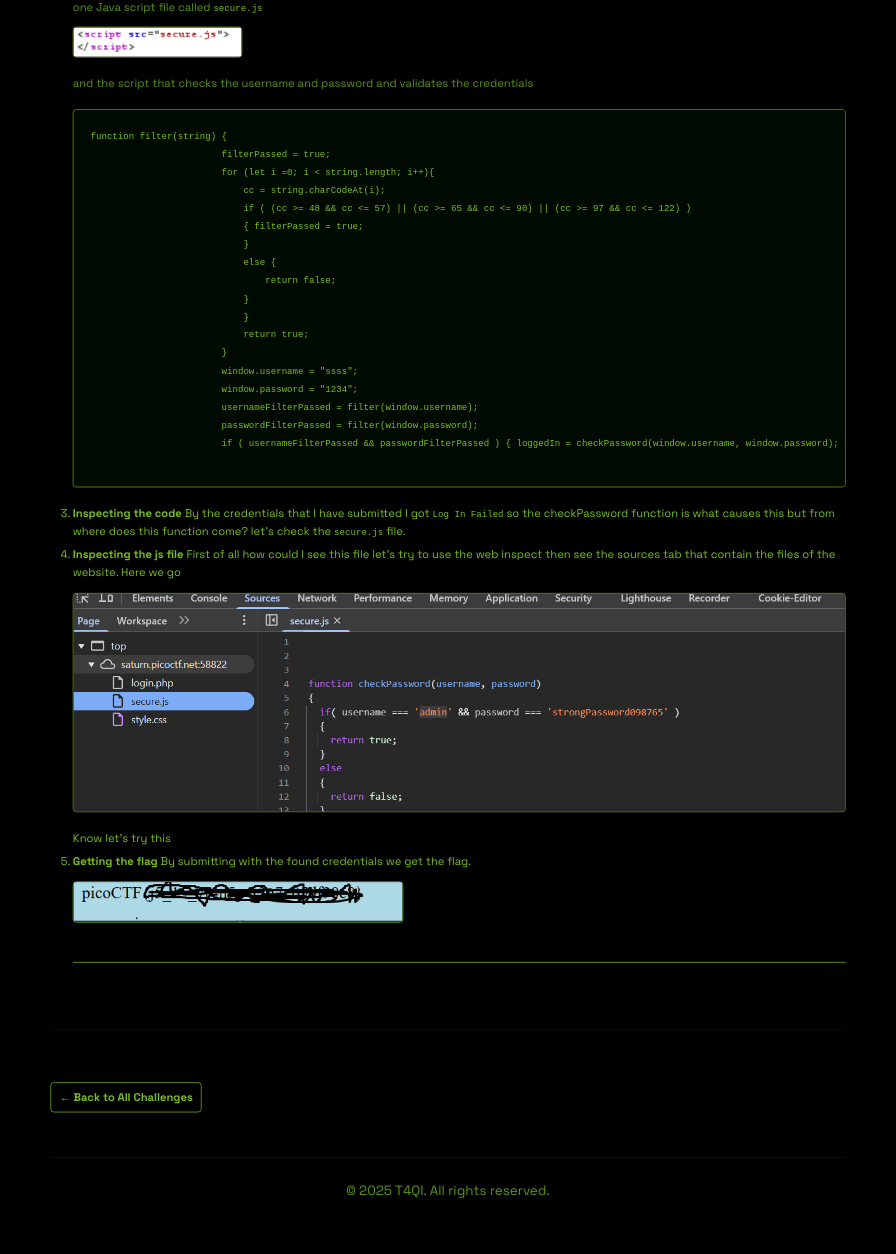
Repository: mohamedsoliman-tq/Website
Page: blogs/picoCTF/localauth.html
These files come from the project's save history. The page is drawn as it stood at one moment and after a run of saves; the edit follows.
The browser window is 1280 px wide. The pictures show the part of the page from y = 1883 to 3803 px (the page is 3675 px tall before and 3803 px after), at 70% of full size.

Above is the page before, as saved 2025-03-13 01:55:29.

### blogs/picoCTF/localauth.html
<!DOCTYPE html>
<html>

<head>
    <meta charset="UTF-8">
    <meta name="viewport" content="width=device-width, initial-scale=1.0">
    <title>Bookmarklet</title>
    <link rel="stylesheet" href="/css/blog.css">
</head>

<body>
    <nav>
        <ul>
            <li><a href="/">Home</a></li>
            <li><a href="/Projects.html">Projects</a></li>
            <li><a href="/Blogs.html">Blog</a></li>
        </ul>
    </nav>
    <div class="container">
        <div class="section" id="local-authority---write-up">
            <h1>Local Authority - Write-Up</h1>

            <p><strong>Date:</strong> 12/03/2025 </p>
            <p><strong>Challenge Category:</strong> #Web-Security</p>
            <p>Platform: #picoCTF </p>
            <p><strong>Difficulty:</strong> #Easy</p>
            <p><strong>Status:</strong> #Solved </p>

            <hr>
        </div>
        <div class="section" id="problem-description">
            <h2>Problem Description</h2>

            <p>*Can you get the flag?</p>
            <p>Go to this <a href="http://saturn.picoctf.net:58822/" class="read-more">website</a> and see what you can
                discover.*</p>

            <p>- <strong>Target:</strong> http://saturn.picoctf.net:58822/</p>
            <p>- <strong>Goal:</strong> extract a flag</p>
            <p>- <strong>Initial Observations:</strong> A simple login page let's see what does it hide</p>

            <hr>

        </div>
        <div class="section" id="tools-used">
            <h2>Tools Used</h2>

            <p>- Burp Suite</p>
            <p>- Web Inspect</p>

            <hr>

        </div>
        <div class="section" id="solution-steps">
            <h2>Solution Steps</h2>


            <ol>
                <li><strong>Let's random data then see what we get</strong> I tried <code>ssss, 1234</code> and got
                    <code>Log In Failed</code><br><img src="pics/la1.png" alt="la1.png">
                </li>
                <li><strong>Let's see the request in Burp Suite and learn how the credentials is dealt with</strong>
                    Intercept the request then pass it to the repeater. You can see one Java script file called
                    <code>secure.js</code><br> <img src="pics/la2.png" alt="la2.png"> <br>and the script that checks the
                    username and password and validates the credentials
                    <pre><code>function filter(string) {
                        filterPassed = true;
                        for (let i =0; i < string.length; i++){
                            cc = string.charCodeAt(i);
                            if ( (cc >= 48 && cc <= 57) || (cc >= 65 && cc <= 90) || (cc >= 97 && cc <= 122) )
                            { filterPassed = true;
                            }
                            else {
                                return false;
                            }
                            }
                            return true;
                        }
                        window.username = "ssss";
                        window.password = "1234";
                        usernameFilterPassed = filter(window.username);
                        passwordFilterPassed = filter(window.password);
                        if ( usernameFilterPassed && passwordFilterPassed ) { loggedIn = checkPassword(window.username, window.password); if(loggedIn) { document.getElementById('msg').innerHTML = "Log In Successful"; document.getElementById('adminFormHash').value = "2196812e91c29df34f5e217cfd639881"; document.getElementById('hiddenAdminForm').submit(); } else { document.getElementById('msg').innerHTML = "Log In Failed"; } } else { document.getElementById('msg').innerHTML = "Illegal character in username or password." }
                </li>
                <li><strong>Inspecting the code</strong> By the credentials that I have submitted I got
                    <code>Log In Failed</code> so the checkPassword function is what causes this but from where
                    does this function come? let's check the <code>secure.js</code> file.
                </li>
                <li><strong>Inspecting the js file</strong> First of all how could I see this file let's try to
                    use the web inspect then see the sources tab that contain the files of the website. Here we
                    go
                    <img src="pics/la3.png" alt="Pasted image 20250312230932.png">
                    Know let's try this
                </li>
                <li><strong>Getting the flag</strong> By submitting with the found credentials we get the flag.
                    <br><img src="pics/la4.png" alt="Pasted image 20250312231319.png">
                    <hr>
                </li>
</ol></code></pre>
        </div>
        <div class="section">
            <a href="/blogs/picoCTF/picoCTF.html" class="read-more">← Back to All Challenges</a>
        </div>
        <footer>
            <p>&copy; 2025 T4QI. All rights reserved.</p>
        </footer>
    </div>
</body>

</html>

### css/blog.css
@import url('https://fonts.googleapis.com/css2?family=Space+Grotesk:wght@300;400;700&display=swap');

    :root {
        --primary-black: #000000;
        --green-accent: #78BE20;
        --dark-green: #5a9419;
    }

    * {
        margin: 0;
        padding: 0;
        box-sizing: border-box;
        font-family: 'Space Grotesk', sans-serif;
    }

    body {
        background-color: var(--primary-black);
        color: var(--green-accent);
        line-height: 1.6;
    }

    .container {
        max-width: 1200px;
        margin: 0 auto;
        padding: 2rem;
    }

    .section {
        padding: 4rem 0;
        border-bottom: 1px solid #001a00;
    }

    /* Navigation Styles */
    nav {
        background: rgba(0, 0, 0, 0.95);
        padding: 1rem;
        position: sticky;
        top: 0;
        border-bottom: 2px solid var(--green-accent);
        z-index: 100;
    }

    nav ul {
        display: flex;
        justify-content: space-around;
        list-style: none;
    }

    nav a {
        color: var(--green-accent);
        text-decoration: none;
        padding: 0.5rem 1rem;
        transition: all 0.3s;
    }

    nav a:hover {
        color: var(--dark-green);
        text-shadow: 0 0 10px var(--green-accent);
    }

    /* Hero Section Styles */
    .hero {
        text-align: center;
        padding: 4rem 0;
        background: linear-gradient(45deg, var(--primary-black), #001100);
    }

    h1, h2, h3, h4, h5, h6 {
        color: var(--green-accent);
        margin-bottom: 1rem;
    }

    h1 {
        font-size: 3.5rem;
        text-shadow: 0 0 15px var(--green-accent);
    }

    h2 {
        font-size: 2.5rem;
    }

    p {
        color: var(--dark-green);
        font-size: 1.2rem;
        margin-bottom: 1rem;
    }

    /* Code blocks */
    pre {
        background: #000a00;
        padding: 1.5rem;
        border-radius: 5px;
        border: 1px solid var(--green-accent);
        overflow-x: auto;
        margin: 1.5rem 0;
    }

    code {
        font-family: monospace;
        color: var(--green-accent);
    }

    /* List styling */
    ul, ol {
        margin-left: 2rem;
        margin-bottom: 1.5rem;
        color: var(--dark-green);
    }

    li {
        margin-bottom: 0.5rem;
    }

    /* Links */
    a {
        color: var(--green-accent);
        text-decoration: none;
        transition: all 0.3s;
    }

    a:hover {
        color: var(--dark-green);
        text-shadow: 0 0 10px var(--green-accent);
    }

    .read-more {
        display: inline-block;
        margin-top: 10px;
        padding: 8px 12px;
        font-size: 1rem;
        font-weight: bold;
        color: var(--green-accent);
        text-decoration: none;
        border: 1px solid var(--green-accent);
        border-radius: 5px;
        transition: all 0.3s ease;
    }

    .read-more:hover {
        background-color: var(--green-accent);
        color: var(--primary-black);
        box-shadow: 0 0 10px var(--green-accent);
    }

    /* Images */
    img {
        max-width: 100%;
        border: 1px solid var(--green-accent);
        border-radius: 5px;
        margin: 1rem 0;
    }

    /* Horizontal rule */
    hr {
        border: none;
        height: 1px;
        background-color: var(--green-accent);
        margin: 2rem 0;
    }

    /* Responsive adjustments */
    @media (max-width: 768px) {
        h1 {
            font-size: 2.5rem;
        }

        .container {
            padding: 1rem;
        }

        .section {
            padding: 2rem 0;
        }
    }

    footer {
        text-align: center;
        padding: 2rem;
        color: var(--green-accent);
    }
    .callout {
        padding: 1rem;
        margin: 1rem 0;
        border-radius: 5px;
        border-left: 4px solid #4b6bfb;
        background-color: rgba(75, 107, 251, 0.1);
    }
    .callout-title {
        font-weight: bold;
        margin-bottom: 0.5rem;
    }
    .callout-note { border-left-color: #4b6bfb; background-color: rgba(75, 107, 251, 0.1); }
    .callout-info { border-left-color: #0288d1; background-color: rgba(2, 136, 209, 0.1); }
    .callout-warning { border-left-color: #ffa726; background-color: rgba(255, 167, 38, 0.1); }
    .callout-danger { border-left-color: #ef5350; background-color: rgba(239, 83, 80, 0.1); }
    .callout-success { border-left-color: #66bb6a; background-color: rgba(102, 187, 106, 0.1); }
    .internal-link { color: #7c3aed; text-decoration: none; border-bottom: 1px dotted; }
    .internal-link:hover { text-decoration: underline; }
    mark { background-color: #fff176; padding: 0 2px; }
    .markdown-image { max-width: 100%; height: auto; display: block; margin: 1rem 0; }

After the next 5 saves:
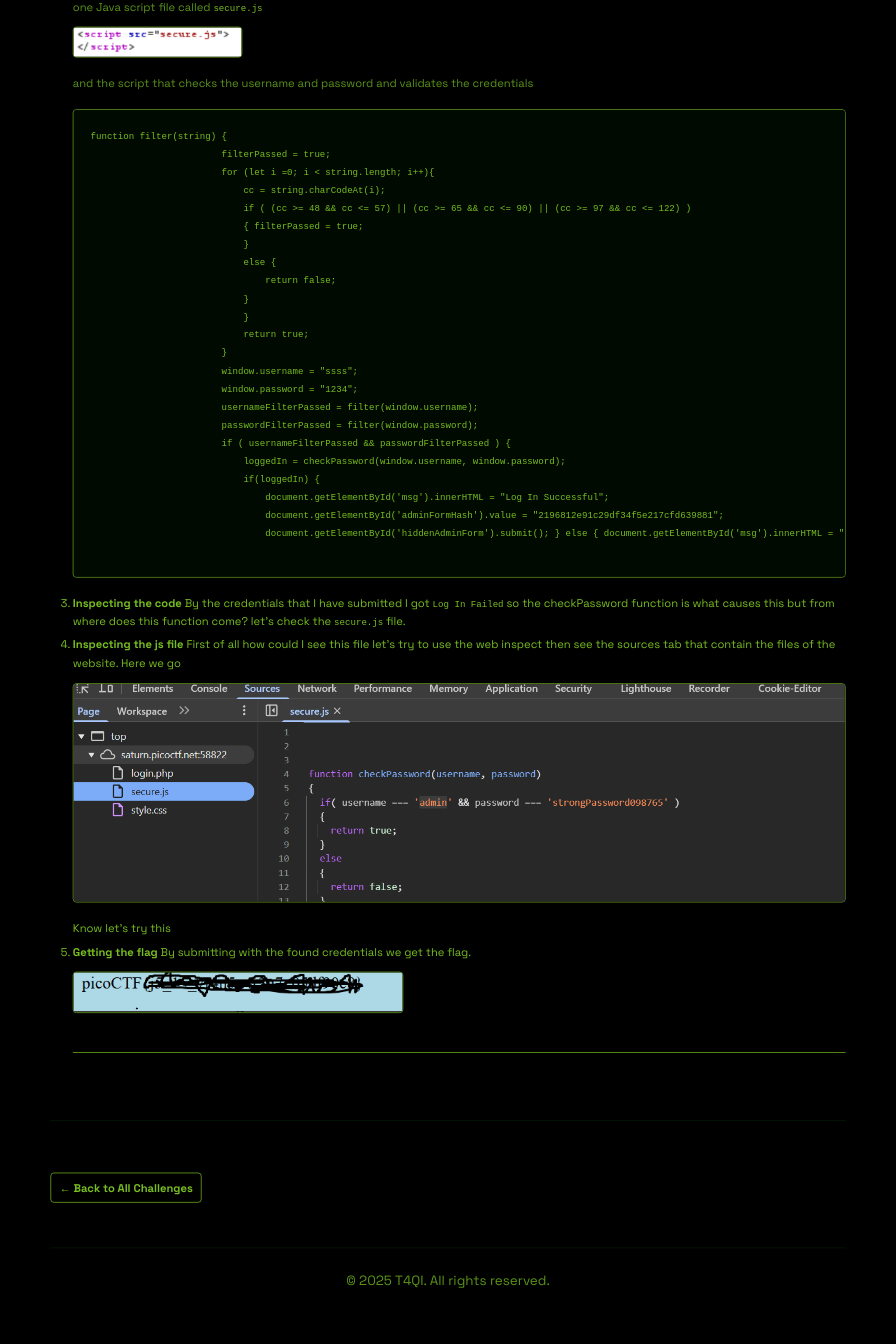
The 5 saves are shown as one change because they came seconds apart.
The last was saved 14 s later.
--- a/blogs/picoCTF/localauth.html
+++ b/blogs/picoCTF/localauth.html
@@ -80,7 +80,12 @@
                         window.password = "1234";
                         usernameFilterPassed = filter(window.username);
                         passwordFilterPassed = filter(window.password);
-                        if ( usernameFilterPassed && passwordFilterPassed ) { loggedIn = checkPassword(window.username, window.password); if(loggedIn) { document.getElementById('msg').innerHTML = "Log In Successful"; document.getElementById('adminFormHash').value = "2196812e91c29df34f5e217cfd639881"; document.getElementById('hiddenAdminForm').submit(); } else { document.getElementById('msg').innerHTML = "Log In Failed"; } } else { document.getElementById('msg').innerHTML = "Illegal character in username or password." }
+                        if ( usernameFilterPassed && passwordFilterPassed ) {
+                            loggedIn = checkPassword(window.username, window.password);
+                            if(loggedIn) {
+                                document.getElementById('msg').innerHTML = "Log In Successful";
+                                document.getElementById('adminFormHash').value = "2196812e91c29df34f5e217cfd639881";
+                                document.getElementById('hiddenAdminForm').submit(); } else { document.getElementById('msg').innerHTML = "Log In Failed"; } } else { document.getElementById('msg').innerHTML = "Illegal character in username or password." }
                 </li>
                 <li><strong>Inspecting the code</strong> By the credentials that I have submitted I got
                     <code>Log In Failed</code> so the checkPassword function is what causes this but from where
